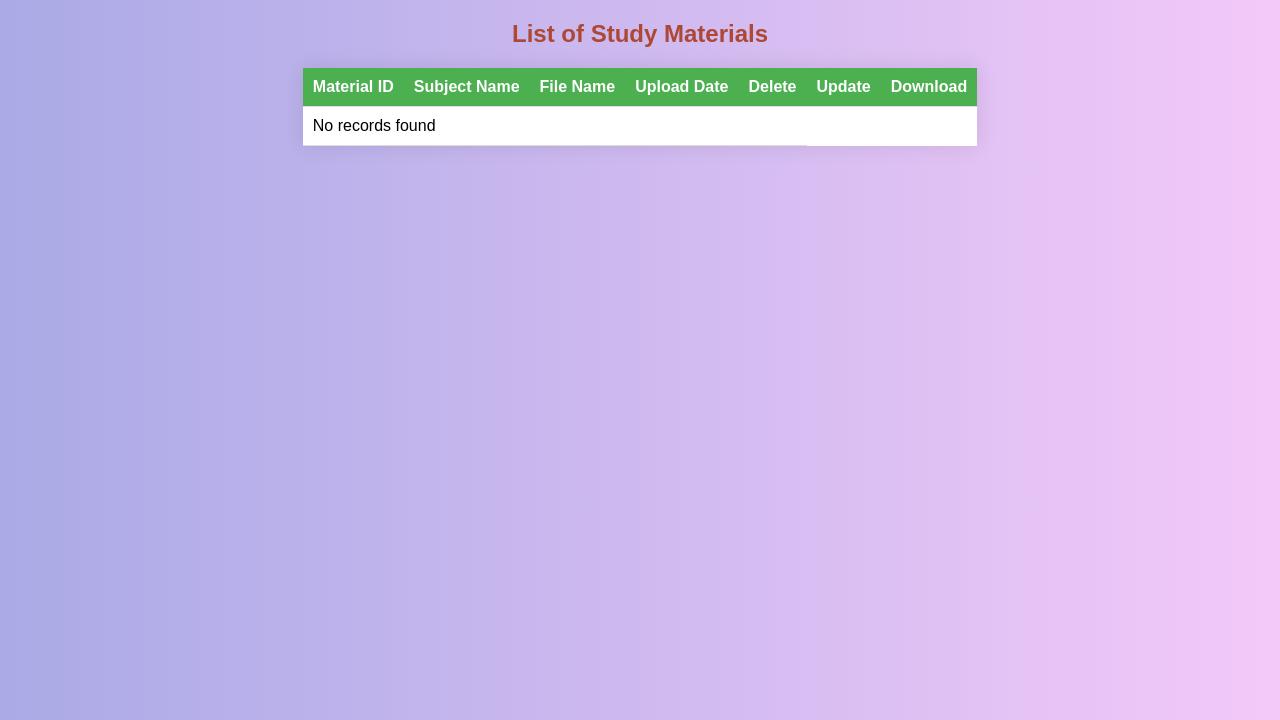
Repository: Acharya-Keerthana/Education
Page: http://localhost/education/third_sem/SPT.php
These files come from the project's save history. The page is drawn as it stood at one moment and after the next save; the edit follows.
The browser window is 1280 px wide. The pictures show the whole page.
The page is run by PHP 8.4 with error messages shown; the project is at /var/www/html/. Queries for data that is not in the repository find no rows.

Above is the page before, as saved 2024-04-16 21:17:22.

After the next save:
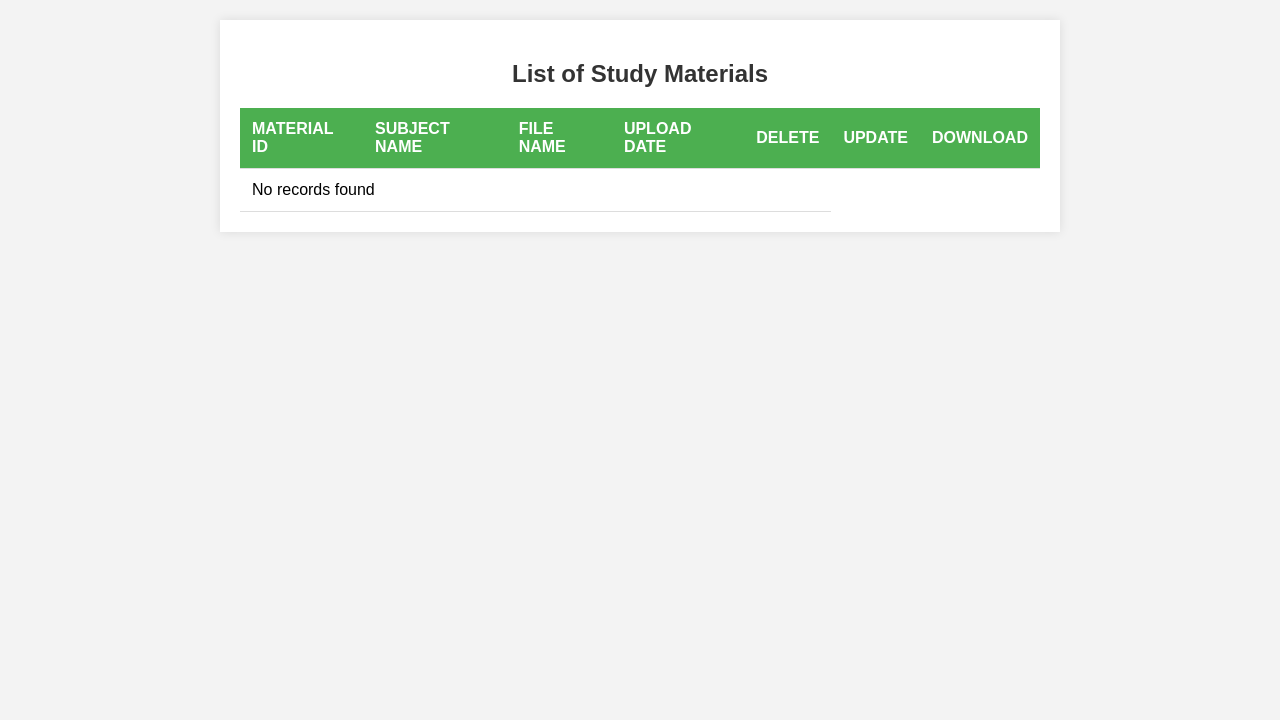
Saved 102 s later.
--- a/third_sem/styles.css
+++ b/third_sem/styles.css
@@ -1,62 +1,51 @@
-
 body {
     font-family: Arial, sans-serif;
     margin: 0;
     padding: 0;
-    animation: changeBackgroundColor 20s infinite linear; /* Change background color every 20 seconds */
-}
-
-@keyframes changeBackgroundColor {
-    0% {
-        background-color: rgb(170, 170, 230);
-    }
-    50% {
-        background: linear-gradient(to right, rgb(170, 170, 230), rgb(243, 201, 249)); /* Gradient transition */
-    }
-    100% {
-        background-color: rgb(243, 201, 249);
-    }
+    background-color: #f3f3f3; /* Light gray background for the body */
 }
 
 h2 {
     text-align: center;
     margin-top: 20px;
     color: #333;
-    animation: changeHeadingColor 8s infinite alternate; /* Change heading color every 8 seconds */
 }
 
-@keyframes changeHeadingColor {
-    0% {
-        color: #333;
-    }
-    50% {
-        color: #ff5733; /* Change to a different color */
-    }
-    100% {
-        color: #333;
-    }
+.table-container {
+    max-width: 800px; /* Limit the width of the table container */
+    margin: 20px auto;
+    background-color: #fff; /* White background for the table container */
+    box-shadow: 0 0 10px rgba(0, 0, 0, 0.1);
+    padding: 20px;
 }
 
 table {
-    width: fit-content;
-    margin: 20px auto;
+    width: 100%;
     border-collapse: collapse;
-    background-color: #fff;
-    box-shadow: 0 0 20px rgba(0, 0, 0, 0.1);
 }
 
 th, td {
-    padding: 10px;
+    padding: 12px;
     text-align: left;
     border-bottom: 1px solid #ddd;
 }
 
 th {
-    background-color: #4CAF50; /* Bright green for better visibility */
+    background-color: #4CAF50; /* Green background for table header */
     color: white; /* White text color for contrast */
+    font-weight: bold; /* Bold font weight for header text */
+    text-transform: uppercase; /* Uppercase header text */
 }
 
 tr:hover {
-    background-color: #f5f5f5;
+    background-color: #f5f5f5; /* Light gray background on row hover */
 }
-/**/
+
+a {
+    color: #007bff; /* Blue color for links */
+    text-decoration: none; /* Remove underline from links */
+}
+
+a:hover {
+    text-decoration: underline; /* Underline links on hover */
+}

After the save that followed:
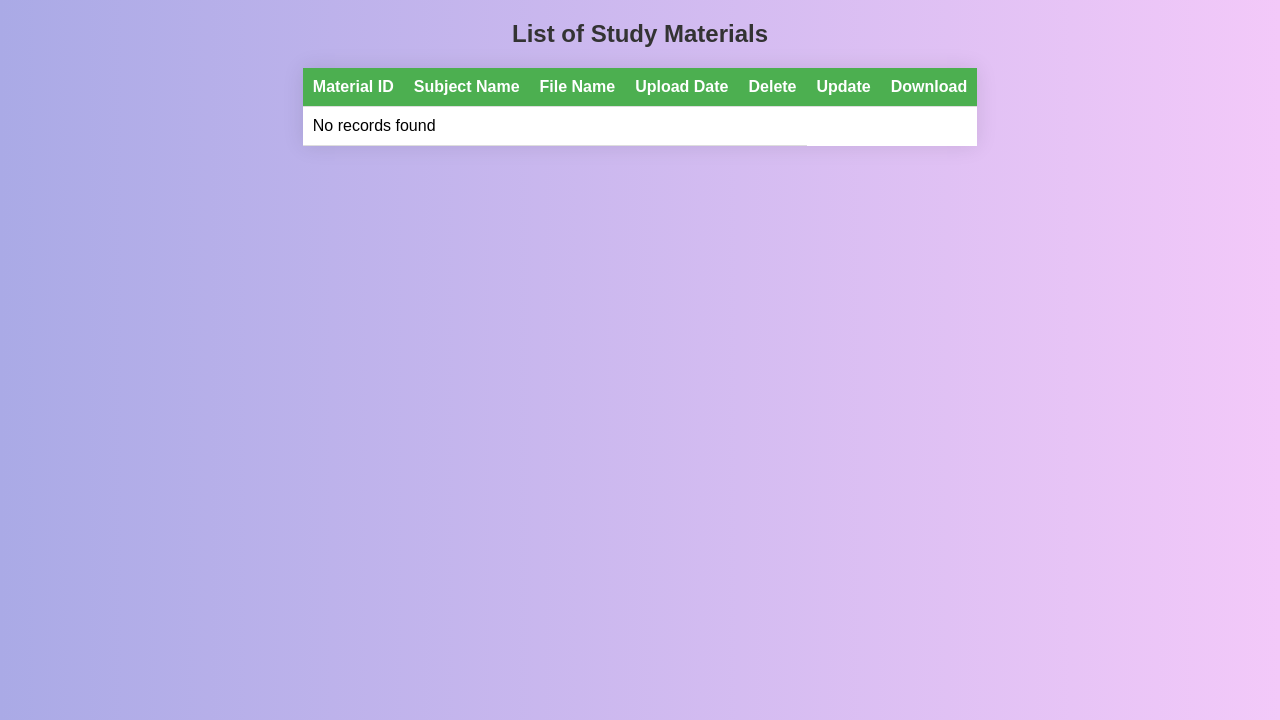
Saved 87 s later.
--- a/third_sem/styles.css
+++ b/third_sem/styles.css
@@ -1,51 +1,54 @@
+/* Reset default styles and set body styles */
 body {
-    font-family: Arial, sans-serif;
-    margin: 0;
-    padding: 0;
-    background-color: #f3f3f3; /* Light gray background for the body */
+    font-family: Arial, sans-serif; /* Set font family */
+    margin: 0; /* Remove default margin */
+    padding: 0; /* Remove default padding */
+    animation: changeBackgroundColor 20s infinite linear; /* Change background color every 20 seconds */
 }
 
-h2 {
-    text-align: center;
-    margin-top: 20px;
-    color: #333;
+/* Define keyframes for background color animation */
+@keyframes changeBackgroundColor {
+    0% {
+        background-color: rgb(170, 170, 230); /* Start with initial background color */
+    }
+    50% {
+        background: linear-gradient(to right, rgb(170, 170, 230), rgb(243, 201, 249)); /* Gradient transition */
+    }
+    100% {
+        background-color: rgb(243, 201, 249); /* End with final background color */
+    }
 }
 
-.table-container {
-    max-width: 800px; /* Limit the width of the table container */
-    margin: 20px auto;
-    background-color: #fff; /* White background for the table container */
-    box-shadow: 0 0 10px rgba(0, 0, 0, 0.1);
-    padding: 20px;
+/* Style heading level 2 */
+h2 {
+    text-align: center; /* Center-align heading */
+    margin-top: 20px; /* Add space above the heading */
+    color: #333; /* Set text color */
 }
 
+/* Style table */
 table {
-    width: 100%;
-    border-collapse: collapse;
+    width: fit-content; /* Set table width to fit its content */
+    margin: 20px auto; /* Center-align the table with margin */
+    border-collapse: collapse; /* Collapse table borders */
+    background-color: #fff; /* Set background color of the table */
+    box-shadow: 0 0 20px rgba(0, 0, 0, 0.1); /* Add box shadow for table */
 }
 
+/* Style table header (th) and table data cells (td) */
 th, td {
-    padding: 12px;
-    text-align: left;
-    border-bottom: 1px solid #ddd;
+    padding: 10px; /* Add padding inside table cells */
+    text-align: left; /* Left-align text inside cells */
+    border-bottom: 1px solid #ddd; /* Add bottom border to separate rows */
 }
 
+/* Style table header (th) */
 th {
-    background-color: #4CAF50; /* Green background for table header */
-    color: white; /* White text color for contrast */
-    font-weight: bold; /* Bold font weight for header text */
-    text-transform: uppercase; /* Uppercase header text */
+    background-color: #4CAF50; /* Set background color for table header */
+    color: white; /* Set text color for table header */
 }
 
+/* Hover effect for table rows */
 tr:hover {
-    background-color: #f5f5f5; /* Light gray background on row hover */
+    background-color: #f5f5f5; /* Change background color on hover */
 }
-
-a {
-    color: #007bff; /* Blue color for links */
-    text-decoration: none; /* Remove underline from links */
-}
-
-a:hover {
-    text-decoration: underline; /* Underline links on hover */
-}
